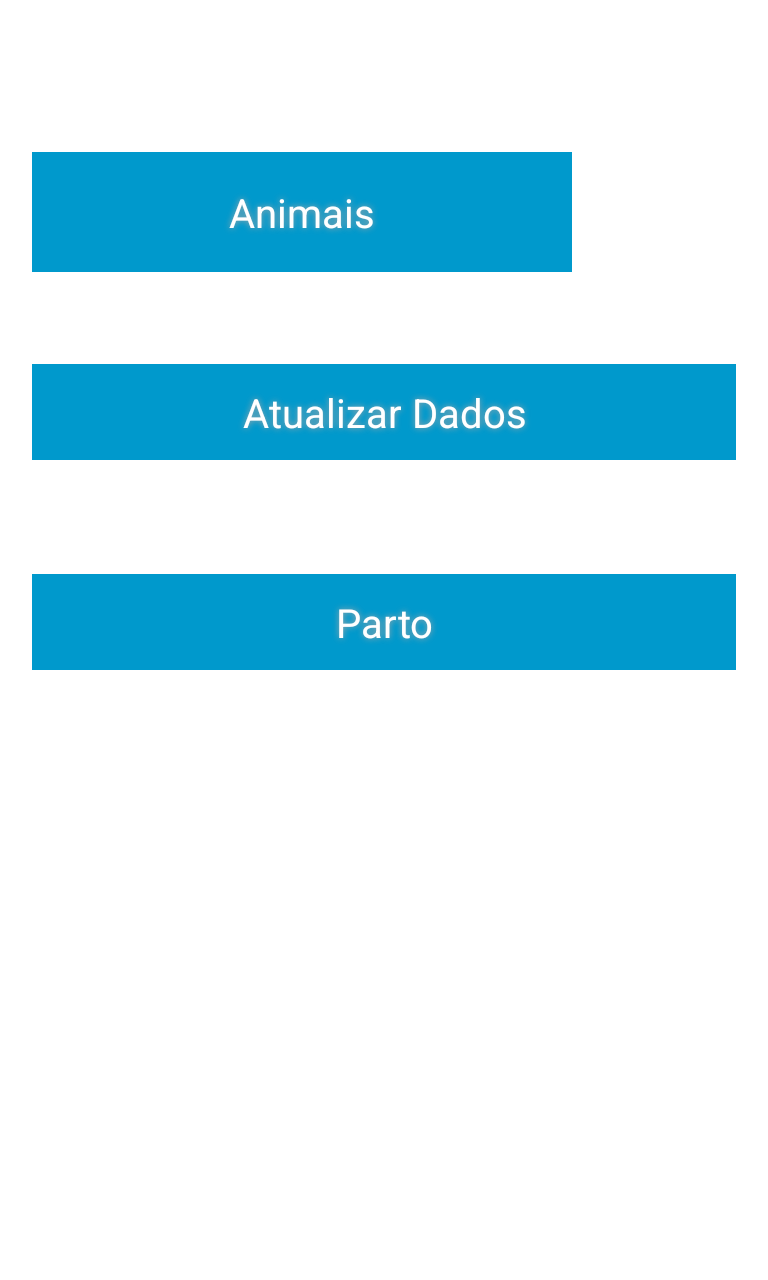
Repository: vpamaral/TaurusMobile
Layout: TaurusMobile/res/layout/activity_main.xml
An editor plug-in stored every save of this project. The layout is shown before and after the next save, followed by the edit.
It is drawn on a 768 x 1280 px phone screen (xhdpi) without system bars, with theme AppTheme; the app's code is not run.

Above is the layout before, as saved 2015-05-15 16:17:09.

### TaurusMobile/res/layout/activity_main.xml
<LinearLayout xmlns:android="http://schemas.android.com/apk/res/android"
    xmlns:tools="http://schemas.android.com/tools"
    android:layout_width="match_parent"
    android:layout_height="match_parent"
    android:orientation="vertical"
    android:paddingBottom="@dimen/activity_vertical_margin"
    android:paddingLeft="@dimen/activity_horizontal_margin"
    android:paddingRight="@dimen/activity_horizontal_margin"
    android:paddingTop="@dimen/activity_vertical_margin"
    tools:context="br.com.taurusmobile.ui.MainActivity" >

    <LinearLayout
        android:id="@+id/linearLayout1"
        android:layout_width="fill_parent"
        android:layout_height="wrap_content" >

        <Button
            android:id="@+id/btn_animal"
            android:layout_width="270dp"
            android:layout_height="60dp"
            android:layout_alignLeft="@+id/btn_atualiza"
            android:layout_below="@+id/btn_atualiza"
            android:layout_marginTop="60dp"
            android:background="@drawable/btn_selector"
            android:shadowColor="#A8A8A8"
            android:shadowDx="0"
            android:shadowDy="0"
            android:shadowRadius="5"
            android:text="Animais"
            android:textColor="#FFFFFF"
            android:textSize="20sp" />
    </LinearLayout>

    <LinearLayout
        android:id="@+id/linearLayout2"
        android:layout_width="fill_parent"
        android:layout_height="wrap_content" >

        <Button
            android:id="@+id/btn_atualiza"
            android:layout_width="match_parent"
            android:layout_height="wrap_content"
            android:layout_marginTop="46dp"
            android:background="@drawable/btn_selector"
            android:shadowColor="#A8A8A8"
            android:shadowDx="0"
            android:shadowDy="0"
            android:shadowRadius="5"
            android:text="Atualizar Dados"
            android:textColor="#FFFFFF"
            android:textSize="20sp" />
    </LinearLayout>

    <LinearLayout
        android:id="@+id/linearLayout3"
        android:layout_width="fill_parent"
        android:layout_height="wrap_content" >

        <Button
            android:id="@+id/btn_parto"
            android:layout_width="match_parent"
            android:layout_height="wrap_content"
            android:layout_alignLeft="@+id/btn_animal"
            android:layout_below="@+id/btn_animal"
            android:layout_marginTop="57dp"
            android:background="@drawable/btn_selector"
            android:shadowColor="#A8A8A8"
            android:shadowDx="0"
            android:shadowDy="0"
            android:shadowRadius="5"
            android:text="Parto"
            android:textColor="#FFFFFF"
            android:textSize="20sp" />
    </LinearLayout>

</LinearLayout>

### TaurusMobile/res/drawable/btn_selector.xml
<?xml version="1.0" encoding="utf-8"?>
<selector xmlns:android="http://schemas.android.com/apk/res/android" android:shape="rectangle">
    <item android:drawable="@android:color/holo_blue_light" android:state_pressed="true"/>
     <item android:drawable="@android:color/holo_blue_dark"/>
</selector>

Loaded but not shown: TaurusMobile/res/values/styles.xml (common file); TaurusMobile/res/values-v11/styles.xml (common file); TaurusMobile/res/values-v14/styles.xml (common file); TaurusMobile/res/values/dimens.xml (common file); TaurusMobile/res/values-w820dp/dimens.xml (common file)

After the next save:
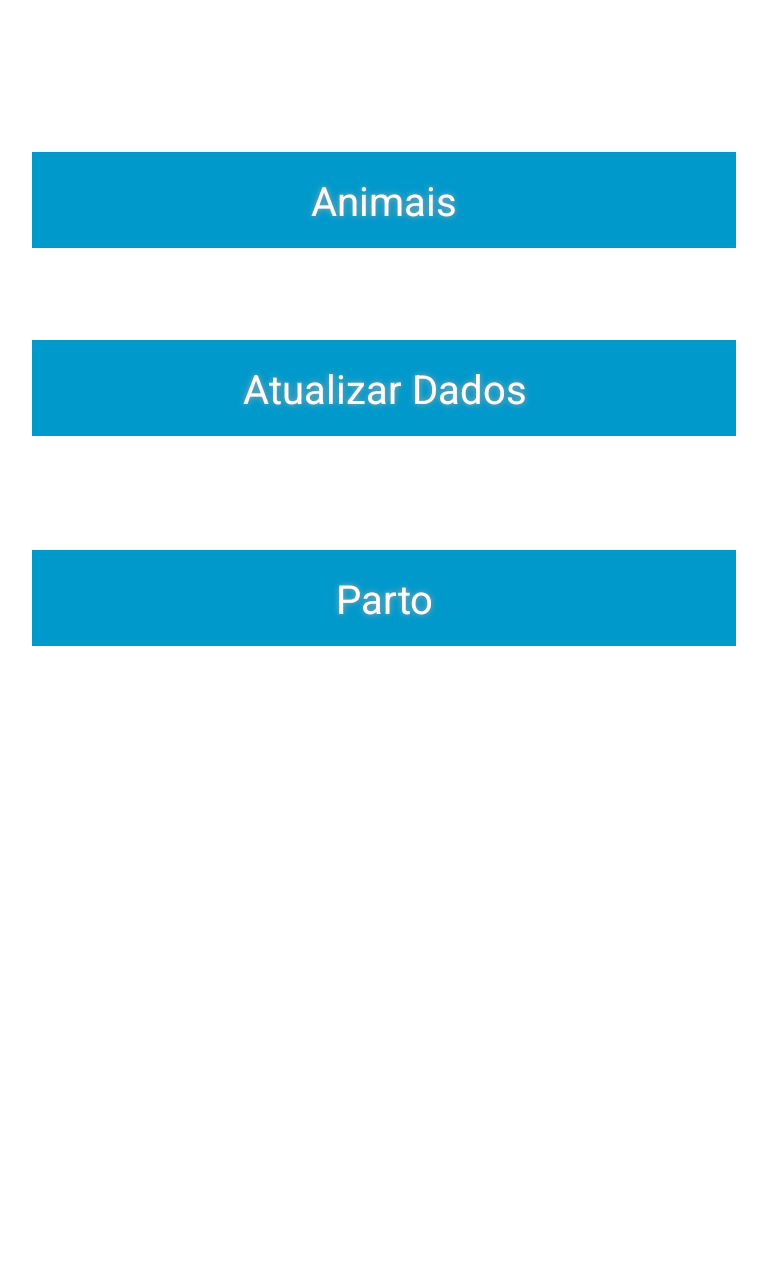
Saved 45 s later.
--- a/TaurusMobile/res/layout/activity_main.xml
+++ b/TaurusMobile/res/layout/activity_main.xml
@@ -16,8 +16,8 @@
 
         <Button
             android:id="@+id/btn_animal"
-            android:layout_width="270dp"
-            android:layout_height="60dp"
+            android:layout_width="match_parent"
+            android:layout_height="wrap_content"
             android:layout_alignLeft="@+id/btn_atualiza"
             android:layout_below="@+id/btn_atualiza"
             android:layout_marginTop="60dp"
